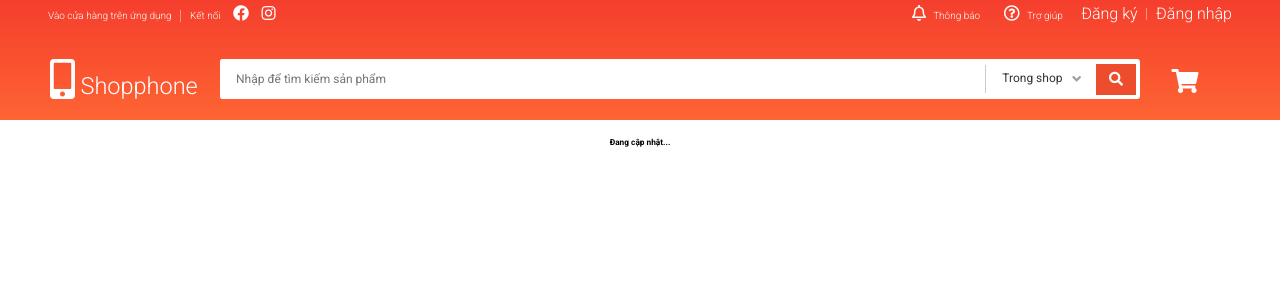
Repository: nguyenvanbinh2909/binhnguyen.github.io
Page: gioithieu.html
The author's editor kept a copy of each file at every save. The page is drawn from the files as they stood at one save, then again after the next save.
The browser window is 1280 px wide. The pictures show the whole page.

Above is the page before, as saved 2022-02-23 03:47:37.

### gioithieu.html
<!DOCTYPE html>
<html lang="en">

<head>
    <meta charset="UTF-8">
    <meta http-equiv="X-UA-Compatible" content="IE=edge">
    <meta name="viewport" content="width=device-width, initial-scale=1.0">
    <title>Document</title>
    <link rel="stylesheet" href="https://cdnjs.cloudflare.com/ajax/libs/normalize/8.0.1/normalize.min.css">
    <link href="https://fonts.googleapis.com/css2?family=Roboto:wght@300;400;500;700&display=swap" rel="stylesheet">
    <link rel="stylesheet" href="../fonts/fontawesome-free-5.15.4/fontawesome-free-5.15.4-web/css/all.min.css">
    <link rel="stylesheet" href="../css/base.css">
    <link rel="stylesheet" href="../css/main.css">
</head>
<body>
    <div class="app">
        <header class="header">
            <!--phần đc côi là block-->
            <div class="grid">
                <nav class="header__navbar">
                    <!--phần này đc côi là element đc biểu thị(__)-->
                    <ul class="header__navbar-list">
                        <!--header QR Code-->
                        <li class="header__navbar-item header__navbar-item--has--qr header__navbar-item--separate">
                            Vào cửa hàng trên ứng dụng
                            <div class="header__qr">
                                <img src="img/qacode.png" alt="" class="header__qr-img">
                                <div class="header__qr-apps">
                                    <a href="#" class="header__qr-link">
                                        <img src="img/gooleplay.png" alt=""
                                            class="header__qr-download-img">
                                    </a>
                                    <a href="#" class="header__qr-link">
                                        <img src="img/app.png" alt="App tore" class="header__qr-download-img">
                                    </a>
                                </div>
                            </div>
                        </li>
                        <li class="header__navbar-item">
                            <span class="header__navbar-title--no-pointer">Kết nối</span>
                            <a href="#" class="header__navbar-icon-link">
                                <i class="header__navbar-icon fab fa-facebook"></i>
                            </a>
                            <a href="#" class="header__navbar-icon-link">
                                <i class="header__navbar-icon fab fa-instagram"></i>
                            </a>
                        </li>
                    </ul>
                    <ul class="header__navbar-list">
                        <li class="header__navbar-item header__vavbar-item--has-notify">
                            <a href="#" class="header__navbar-item-link">
                                <i class="header__navbar-icon far fa-bell"></i>
                                Thông báo
                            </a>
                            <div class="header__notify">

                                <header class="header__notify-header">
                                    <!--<h3>Thông báo mới nhận</h3>-->
                                    <h3>Chưa có thông báo mới</h3>
                                </header>
                                <ul class="header__notify-list">
                                    <li class="header__notify-item-img header__notify-item--viewed">
                                        <img src="img/icon__thongbao-trong.png" class="header__notify-list-img">
                                    </li>
                                </ul>
                                <!--<ul class="header__notify-list">
                                    <li class="header__notify-item header__notify-item--viewed">
                                        <a href="#" class="header__notify-link">
                                            <img src="img/iphone-12-pro-max-128G.jpg" alt="" class="header__notify-img">
                                            <div class="header__notify-info">
                                                <span class="header__notify-name">Iphone 12 promax chính hãng</span>
                                                <span class="header__notify-descriotion">Mootar sản phẩm chính
                                                    hãng</span>
                                            </div>
                                        </a>
                                    </li>
                                    <li class="header__notify-item">
                                        <a href="#" class="header__notify-link">
                                            <img src="img/iphone-12-pro-max-trang-128G.jpg" alt=""
                                                class="header__notify-img">
                                            <div class="header__notify-info">
                                                <span class="header__notify-name">Xác thực Iphone 12 promax chính hãng
                                                    của công ty</span>
                                                <span class="header__notify-descriotion">Mô tả sản phẩm chính hãng của
                                                    công ty chúng tôi</span>
                                            </div>
                                        </a>
                                    </li>
                                </ul>
                                <footer class="header__notify-footer">
                                    <a href="#" class="header__notify-footer-btn">
                                        Xem tất cả
                                    </a>
                                </footer>-->
                            </div>
                        </li>
                        <li class="header__navbar-item">
                            <a href="#" class="header__navbar-item-link">
                                <i class="header__navbar-icon far fa-question-circle"></i>
                                Trợ giúp
                            </a>
                        </li>
                            <li class="header__navbar-item header__navbar-item--strong header__navbar-item--separate">
                                <a href="../assets/all_pages/dangky.html"> Đăng ký</a>
                            </li>
                            <li class="header__navbar-item header__navbar-item--strong">
                                <a href="../assets/all_pages/dangnhap.html">Đăng nhập</a>
                            </li>
                        <!--<li class="header__navbar-item header__navbar-user">
                            <i class="header__navbar-user-img fas fa-user-circle"></i>
                            <span class="header__navbar-user-name">Đặng Văn Tốt</span>
                            <ul class="header__navbar-user-menu">
                                <li class="header__navbar-user-item">
                                    <a href="" class="">Tài khoản của tôi</a>
                                </li>
                                <li class="header__navbar-user-item">
                                    <a href="" class="">Địa chỉ của tôi</a>
                                </li>
                                <li class="header__navbar-user-item">
                                    <a href="" class="">Đơn mua</a>
                                </li>
                                <li class="header__navbar-user-item header__navbar-user-item--separate">
                                    <a href="" class="">Đăng xuất</a>
                                </li>
                            </ul>
                        </li>-->
                    </ul>
                </nav>
                <!-- header wth search -->
                <div class="header-with-search">
                    <div class="header__logo">
                        <a href="index.html" class="header__logo-img">
                            <i class="header__logo-icon fas fa-mobile-alt"></i>
                            <span class="header__font">Shopphone</span>
                        </a>
                    </div>
                    <div class="header__search">
                        <div class="header__search-input-wrap">
                            <input type="text" class="header__search-input" placeholder="Nhập để tìm kiếm sản phẩm">
                            <!-- search history -->
                            <div class="header__search-history">
                                <h3 class="header__search-history-heading">Lịch sử tìm kiếm</h3>
                                <ul class="header__search-history-list">
                                    <li class="header__search-history-item">
                                        <a href="#">Iphone 12 pr</a>
                                    </li>
                                    <li class="header__search-history-item">
                                        <a href="#">Iphone 13 pr</a>
                                    </li>
                                    <li class="header__search-history-item">
                                        <a href="#">Iphone 13 pr max</a>
                                    </li>
                                </ul>
                            </div>
                        </div>
                        <div class="header__search-select">
                            <span class="header__search-select-label">Trong shop</span>
                            <i class="header__search-select-icon fas fa-angle-down"></i>
                            <ul class="header__search-option">
                                <li class="header__search-option-item header__search-option-item-active">
                                    <span>Trong shop</span>
                                    <i class="fas fa-check"></i>
                                </li>
                                <li class="header__search-option-item">
                                    <span>Ngoài shop</span>
                                    <i class="fas fa-check"></i>
                                </li>
                            </ul>
                        </div>
                        <button class="header__search-btn">
                            <i class="header__search-btn-icon fas fa-search"></i>
                        </button>
                    </div>
                    <!-- cart layout -->
                    <div class="header__cart">
                        <div class="header__cart-wrap">
                            <i class="header__cart-icon fas fa-shopping-cart"></i>
                            <!--<span class="header__cart-notice">
                                2
                            </span>-->
                            <!-- No: cart dành cho khi không có sản phẩm thì để trong div dưới nay : -->

                            <div class="header__cart-list header__cart-list--no--cart">
                                <img src="./img/icon__giohang-trong.png" alt="" class="header__cart-no-cart-img">
                                <span class="header__cart-list-no-cart-msg">
                                    Chưa có sản phẩm
                                </span>

                                <!--Cart item
                                <h4 class="header__cart-heading">Sản phẩm đã thêm</h4>
                                <--<ul class="header__cart-list-item">
                                    <li class="header__cart-item">
                                        <img src="./img/iphone-12-pro-max-128G.jpg" alt="" class="header__cart-img">
                                        <div class="header__cart-item-info">
                                            <div class="header__cart-item-head">
                                                <h5 class="header__cart-item-name">iphone-12-pro-max-128G</h5>
                                                <div class="header__cart-item-price-wrap">
                                                    <span class="header__cart-item-price">25.000.000đ</span>
                                                    <span class="header__cart-item-multipfy">
                                                        x
                                                    </span>
                                                    <span class="header__cart-item-qnt">
                                                        2
                                                    </span>
                                                </div>
                                            </div>
                                            <div class="header__cart-item-body">
                                                <span class="header__cart-item-description">
                                                    Phân loại màu: Xám
                                                </span>
                                                <span class="header__cart-item-remove">
                                                    Xóa
                                                </span>
                                            </div>
                                        </div>
                                    </li>
                                    <li class="header__cart-item">
                                        <img src="./img/iphone-12-pro-max-trang-128G.jpg" alt=""
                                            class="header__cart-img">
                                        <div class="header__cart-item-info">
                                            <div class="header__cart-item-head">
                                                <h5 class="header__cart-item-name">iphone-12-pro-max-128G</h5>
                                                <div class="header__cart-item-price-wrap">
                                                    <span class="header__cart-item-price">27.000.000đ</span>
                                                    <span class="header__cart-item-multipfy">
                                                        x
                                                    </span>
                                                    <span class="header__cart-item-qnt">
                                                        2
                                                    </span>
                                                </div>
                                            </div>
                                            <div class="header__cart-item-body">
                                                <span class="header__cart-item-description">
                                                    Phân loại màu: Trắng
                                                </span>
                                                <span class="header__cart-item-remove">
                                                    Xóa
                                                </span>
                                            </div>
                                        </div>
                                    </li>
                                </ul>
                                <a href="" class="header__cart-view-cart btn btn--primary">Xem giỏ hàng</a>
                            </div>-->
                        </div>
                    </div>
                </div>
            </div>
        </header>
        <h5 style="text-align: center;">Đang cập nhật...</h5>
    </div>
</body>
</html>

### css/base.css
:root {
  /*nơi khai báo biến để nữa gọi mã màu bên kia cho nhanh*/
  --white-color: #fff;
  --black-color: #000;
  --text-color: #333;
  --primary-color: #ee4d2d;
  --border-color: #dbdbdb;
  --star-color: #ffce3e;

  --header-height: 120px;
  --navbar-height: 34px;
  --header-with-search-height: calc(
    var(--header-height) - var(--navbar-height)
  );
}
* {
  box-sizing: inherit;
}
html {
  font-size: 62.5%;
  line-height: 1.6rem;
  font-family: "Roboto", sans-serif; /* sans-serif: là tập hợp các chữ không chân.*/
  box-sizing: border-box;
}
/*---------- Responsive --------*/
.grid {
  width: 1200px;
  max-width: 100%;
  margin: 0 auto;
}
.grid__full-width {
  width: 100%;
}
.grid__row {
  display: flex;
  flex-wrap: wrap;
  margin-left: -5px;
  margin-right: -5px;
  padding-bottom: 20px;
}
/* -------Test----- */
.grid__column-2 {
  padding-left: 5px;
  padding-right: 5px;
  width: 13.6667%;
}
.grid__column-10 {
  padding-left: 5px;
  padding-right: 5px;
  width: 86.3334%;
}
.grid__column-2-4 {
  padding-left: 5px;
  padding-right: 5px;
  width: 20%;
}

/*Animation*/
@keyframes fadeIn {
  from {
    opacity: 0;
  }
  to {
    opacity: 1;
  }
}
@keyframes growth {
  from {
    opacity: 0;
    transform: scale(var(--growth-from));
  }
  to {
    opacity: 1;
    transform: scale(var(--growth-to));
  }
}
/*modal*/
.modal {
  position: fixed;

  top: 0;
  right: 0;
  bottom: 0;
  left: 0;
  display: flex;
  animation: fadeIn linear 0.1s;
  text-align: center;
}
.modal__overlay {
  position: absolute;
  width: 100%;
  height: 100%;
  text-align: center;
  background-color: rgba(62, 59, 59, 0.4);
  display: none; /*xóa phần này sẽ hiện lại */
}
.modal__body {
  text-align: center;
}
.modal__body {
  --growth-from: 0.7; /*đặt biến cho hiện khung login, đầu tiên là duy chuyển từ kích thước 70% cho tới kích thương nguyên vẹn của nó là */
  --growth-to: 1;
  margin: auto;
  z-index: 1; /*tạo cho lớp này nằm trên lớp như đc ưu tiên*/
  position: relative; /*cho nằm trên thân dưới*/
  animation: growth linear 0.1s; /*animation: kiểu xuất hiện, linear:là kiểu diểu dần lên*/
  /*display: none; /*xóa phần này sẽ hiện lại khung đk, dn*/
}
/*-----Buttom style-----*/
.btn {
  min-width: 112px;
  height: 34px;
  text-decoration: none;
  border: none;
  border-radius: 4px;
  font-size: 1.5rem;
  padding: 0 12px;
  outline: none;
  cursor: pointer;
  color: var(--text-color);
  display: inline-flex; /*inline:nằm ngang*/
  align-items: center;
  justify-content: center;
}
.btn.btn--normal:hover {
  background-color: rgba(0, 0, 0, 0.2);
}
.btn.btn--size-s {
  height: 32px;
  font-size: 12px;
  padding: 0 8px;
}
.btn.btn--primary {
  color: var(--white-color);
  background-color: var(--primary-color);
}
/* dành cho vô hiệu hóa một nút nào đó
.btn.btn--disabled {
  color: rgb(172, 171, 171);
  cursor: default;
  background-color: rgb(155, 151, 151);
}*/

/* ----------Selection--------- */
.select-input {
  position: relative;
  height: 34px;
  min-width: 150px;
  padding: 0 12px;
  border-radius: 2px;
  background-color: var(--white-color);
  display: flex;
  align-items: center;
  justify-content: space-between;
  box-shadow: 0 5px 5px rgb(206, 203, 203); /*tạo độ đậm nhạt cho viền khung: 0:tạo bóng hiện bên trái, 1px:tạo bóng hiện bên dưới khung*/
}
.select-input__label {
  font-size: 1.2rem;
}
.select-input__icon {
  font-size: 1.4rem;
  color: #a7a4a4;
  position: relative;
  top: 1px;
}
.select-input:hover .select-input__list {
  display: block;
}
.select-input__list {
  position: absolute;
  left: 0;
  right: 0;
  top: 25px;
  border-radius: 2px;
  background-color: var(--white-color);
  padding: 8px 14px;
  list-style: none; /*mất dấu chấm của thẻ ul*/
  display: none;
  z-index: 1;
}
.select-input__item {
}
.select-input__link {
  display: block;
  padding: 6px 0;
  font-size: 1.2rem;
  color: var(--text-color);
  text-decoration: none;
}
.select-input__link:hover {
  color: var(--primary-color);
}

/* ----------pagination--------- */
.pagination {
  display: flex;
  align-items: center;
  justify-content: center;
  list-style: none;
}

.pagination-item {
  margin: 0 8px;
}
.pagination-item--active .pagination-item__link {
  color: var(--white-color);
  background-color: var(--primary-color);
}
.pagination-item--active .pagination-item__link:hover {
  background-color: #eb6c52;
}
.pagination-item__link {
  --height: 30px;
  display: block; /* có này ms đặt đc chiều ngang*/
  font-weight: 400;
  text-decoration: none;
  font-size: 1.6rem;
  color: #939393;
  min-width: 40px;
  height: var(--height);
  line-height: var(--height);
  text-align: center;
  border-radius: 3px;
}

Loaded but not shown: fonts/fontawesome-free-5.15.4/fontawesome-free-5.15.4-web/css/all.min.css (library); css/main.css (1202 lines, source omitted)

After the next save:
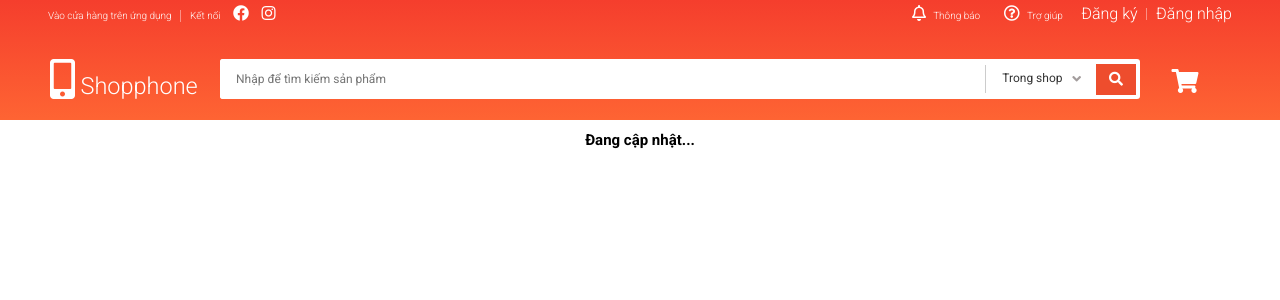
Saved 91 s later.
--- a/gioithieu.html
+++ b/gioithieu.html
@@ -248,7 +248,7 @@
                 </div>
             </div>
         </header>
-        <h5 style="text-align: center;">Đang cập nhật...</h5>
+        <h2 style="text-align: center;">Đang cập nhật...</h2>
     </div>
 </body>
 </html>
